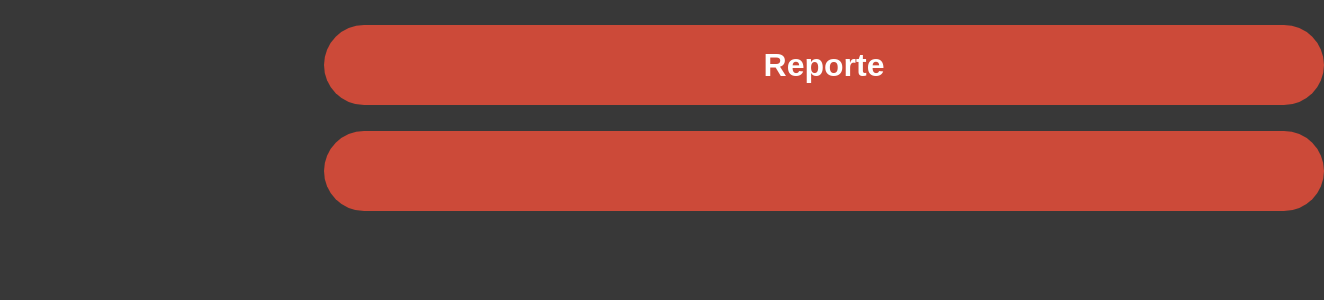
Repository: nathanvdev/LFP_PR_202001568
Page: plantilla.html
These files come from the project's save history. The page is drawn as it stood at one moment and after the next save; the edit follows.
The browser window is 1280 px wide. The page is 1324 px wide, so the pictures cover 1324 px, including what lies to the right of the window. The pictures show the whole page.

Above is the page before, as saved 2022-02-19 18:47:54.

### plantilla.html

<!DOCTYPE html>
<html lang="en">
<head>
    <meta charset="UTF-8">
    <meta http-equiv="X-UA-Compatible" content="IE=edge">
    <meta name="viewport" content="width=device-width, initial-scale=1.0">
    <title>Document</title>
</head>
<style>
    body{
        font-family: sans-serif;
    }
    .titlebox{
        background-color: rgb(204, 74, 57);
        height: 80px;
        width: 1000px;
        margin: 2%;
        margin-left: 25%;
        border-radius: 45px;


        display: flex;
        justify-content: center;
    }
    .PersonalInfo{
        background-color: rgb(204, 74, 57);
        height: 80px;
        width: 1000px;
        margin: 2%;
        margin-left: 25%;
        border-radius: 45px;
    }
</style>
<body style="background-color: rgb(56, 56, 56);">
    <div class="titlebox">
        <h1 style="color: white;">Reporte</h1>
    </div>
    <div class="PersonalInfo">

    </div>
</body>
</html>

After the next save:
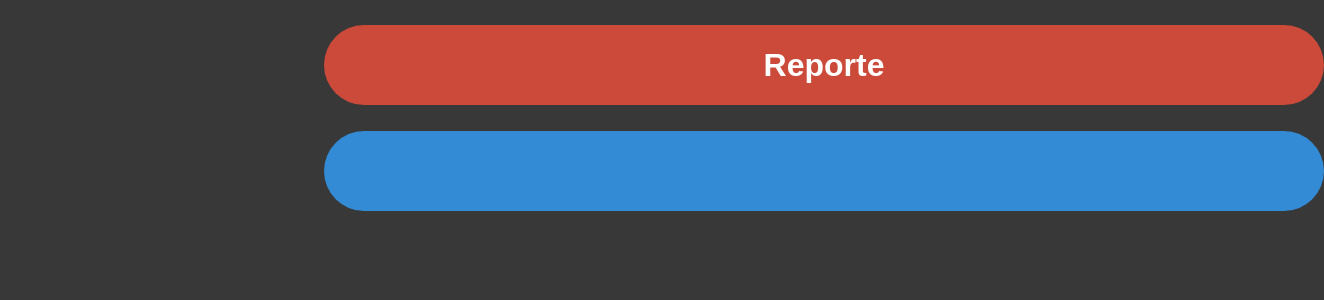
Saved 13 s later.
--- a/plantilla.html
+++ b/plantilla.html
@@ -24,7 +24,7 @@
         justify-content: center;
     }
     .PersonalInfo{
-        background-color: rgb(204, 74, 57);
+        background-color: rgb(50, 139, 212);
         height: 80px;
         width: 1000px;
         margin: 2%;
